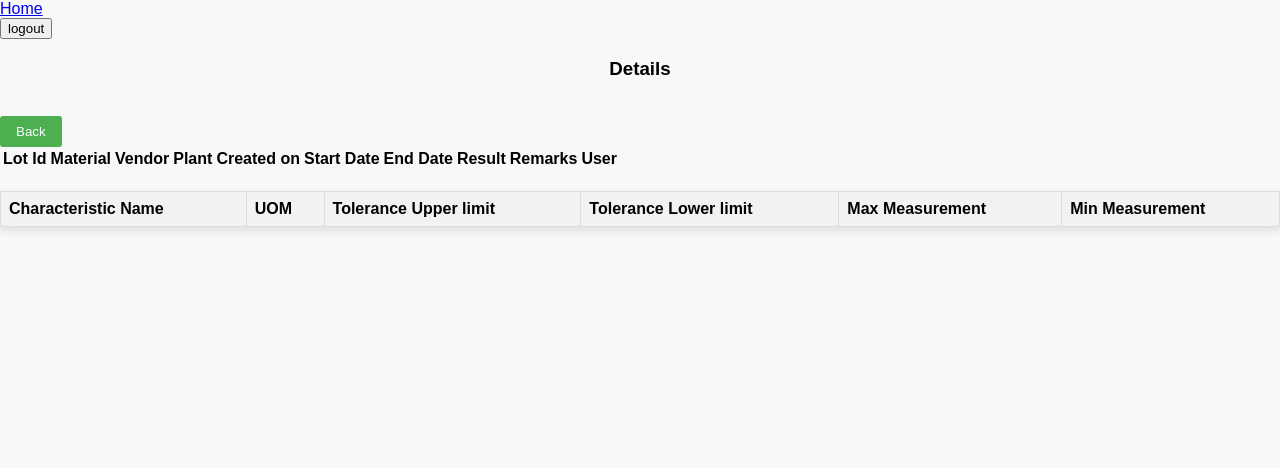
Repository: SJagadesh123/material-inspection01
Page: http://localhost/material_inspection/views/view-details.jsp
An editor plug-in stored every save of this project. The page is shown before and after the next save, followed by the edit.
The browser window is 1280 px wide. The pictures show the whole page.
The page is served by Tomcat 10. Other server files are loaded and not shown. The template is opened directly, without the code that normally fills it, so the values that code supplies are empty.

Above is the page before, as saved 2024-02-11 08:04:16.
Not found: material inspection/material_inspection/css/header.css

### material inspection/material_inspection/src/main/webapp/views/view-details.jsp
<jsp:include page="header.jsp"></jsp:include>
<%@ page language="java" contentType="text/html; charset=ISO-8859-1"
	pageEncoding="ISO-8859-1"%>
<%@ taglib uri="http://java.sun.com/jsp/jstl/core" prefix="c"%>
<%@taglib uri="http://www.springframework.org/tags/form" prefix="form"%>

<%@ page import="java.util.*"%>
<%@ page import="com.zettamine.mi.entities.Plant"%>

<!DOCTYPE html>
<html>
<head>
<meta charset="ISO-8859-1">
<link rel="stylesheet" href="/css/search-list.css" />
<style type="text/css">
h3 {
	text-align: center;
}

.red-text {
	color: red;
}

.form {
	max-width: 300px;
	margin: 20px auto;
	background-color: #fff;
	padding: 20px;
	border-radius: 8px;
	box-shadow: 0 0 10px rgba(0, 0, 0, 0.1);
}
</style>
<title>Approval</title>
</head>
<body>
	<h3>Details</h3>
	<br>
	<input type="button" value="Back"
		onclick="window.location.href='/material-inspection/inspection/results'">


	<table>
		<thead>

			<tr>
				<th>Lot Id</th>
				<th>Material</th>
				<th>Vendor</th>
				<th>Plant</th>
				<th>Created on</th>
				<th>Start Date</th>
				<th>End Date</th>
				<th>Result</th>
				<th>Remarks</th>
				<th>User</th>

			</tr>

		</thead>

	</table>


	<table class="search-results">
		<thead>
			<tr>
				<th>Characteristic Name</th>
				<th>UOM</th>
				<th>Tolerance Upper limit</th>
				<th>Tolerance Lower limit</th>
				<th>Max Measurement</th>
				<th>Min Measurement</th>

			</tr>
		</thead>
		<tbody>

			<c:forEach var="charItem" items="${characteristics}">
				<c:forEach var="actualItem" items="${inspectionActual}">
					<c:if
						test="${charItem.chId eq actualItem.materialCharacteristic.chId}">
						<tr>
							<td><c:out value="${charItem.chDesc}" /></td>
							<td><c:out value="${charItem.uom}" /></td>
							<td><c:out value="${charItem.upperLimit}" /></td>
							<td><c:out value="${charItem.lowerLimit}" /></td>
							<td
								<c:if test="${actualItem.maxMeasurement gt charItem.upperLimit}">
                                class="red-text"
                            </c:if>>
								<c:out value="${actualItem.maxMeasurement}" />
							</td>

							<td
								<c:if test="${actualItem.minMeasurement lt charItem.lowerLimit}">
                                class="red-text"
                            </c:if>>
								<c:out value="${actualItem.minMeasurement}" />
							</td>
						</tr>
					</c:if>


				</c:forEach>
			</c:forEach>


		</tbody>
	</table>





</body>
</html>

### material inspection/material_inspection/src/main/webapp/views/header.jsp
<%@ page language="java" contentType="text/html; charset=ISO-8859-1"
	pageEncoding="ISO-8859-1"%>


<!DOCTYPE html>
<html lang="en">

<head>
<meta charset="UTF-8">
<meta name="viewport" content="width=device-width, initial-scale=1.0">

<link rel="stylesheet" href="/css/header.css">

</head>

<body>

	<nav>
		<div id="logo">

		</div>
		<div id="home-logout">
			<a href="/material-inspection/home-page">Home</a>

		</div>
		<form action="logout"><input type="submit" value="logout"></form>
	</nav>



</body>

</html>

### material inspection/material_inspection/src/main/webapp/css/search-list.css
@charset "ISO-8859-1";

body {
	font-family: Arial, sans-serif;
	background-color: #f8f8f8;
	margin: 0;
	padding: 0;
}

table.search-results {
	width: 100%;
	border-collapse: collapse;
	margin-top: 20px;
	background-color: #fff;
	box-shadow: 0 4px 8px rgba(0, 0, 0, 0.1);
}

table.search-results th, table.search-results td {
	border: 1px solid #ddd;
	padding: 8px;
	text-align: left;
}

table.search-results th {
	background-color: #f2f2f2;
}

.action-links a {
	margin-right: 10px;
	text-decoration: none;
	padding: 5px 10px;
	border: 1px solid #ccc;
	border-radius: 3px;
	color: #333;
}

.action-links a:hover {
	background-color: green;
}

input[type="button"] {
	padding: 8px 16px;
	background-color: #4caf50;
	color: #fff;
	border: none;
	border-radius: 3px;
	cursor: pointer;
	transition: background-color 0.3s ease-in-out;
}

input[type="button"]:hover {
	background-color: #45a049;
}

.container {
	display: flex;
	justify-content: center;
	align-items: center;
	height: 100%;
	background-color: #f0f0f0;
}

.inspection-table {
	border-collapse: collapse;
	width: 30%;
	margin-top: 30px;

}

.inspection-table th, .inspection-table td {
	padding: 8px;
	text-align: left;
	border-bottom: 1px solid #ddd;
}

.inspection-table th {
	background-color: #f2f2f2;
}

.inspection-table td {
	background-color: #fff;
}

After the next save:
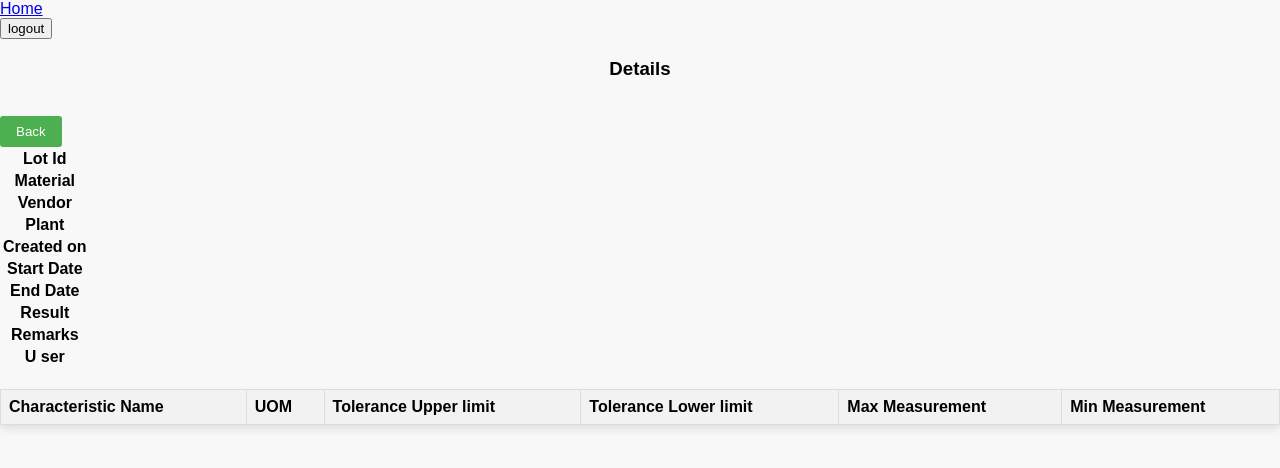
Saved 108 s later.
--- a/material inspection/material_inspection/src/main/webapp/views/view-details.jsp
+++ b/material inspection/material_inspection/src/main/webapp/views/view-details.jsp
@@ -44,17 +44,43 @@ h3 {
 
 			<tr>
 				<th>Lot Id</th>
+			</tr>
+			<tr>
 				<th>Material</th>
+			</tr>
+			<tr>
+
 				<th>Vendor</th>
+			</tr>
+			<tr>
+
 				<th>Plant</th>
+			</tr>
+			<tr>
+
 				<th>Created on</th>
+			</tr>
+			<tr>
+
 				<th>Start Date</th>
+			</tr>
+			<tr>
+
 				<th>End Date</th>
+			</tr>
+			<tr>
+
 				<th>Result</th>
+			</tr>
+			<tr>
+
 				<th>Remarks</th>
-				<th>User</th>
+			</tr>
+			<tr>
+				<th>U ser</th>
+			</tr>
 
-			</tr>
+
 
 		</thead>
 
